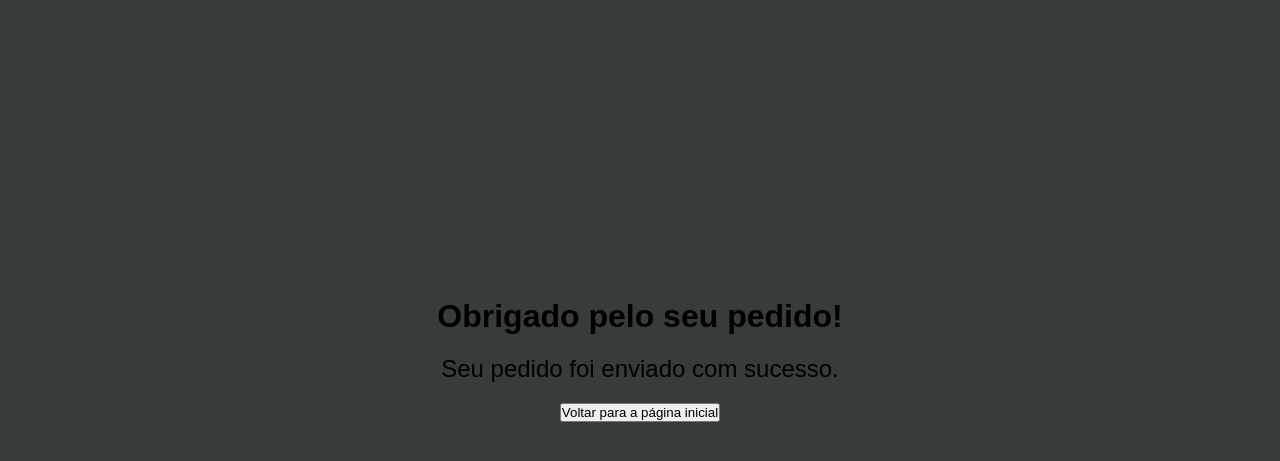
Repository: Marinalr-25/Projeto-Aparelhos-de-Academia
Page: thanks.html
An editor plug-in stored every save of this project. The page is shown before and after the next save, followed by the edit.
The browser window is 1280 px wide. The pictures show the whole page.

Above is the page before, as saved 2025-01-14 14:15:16.

After the next save:
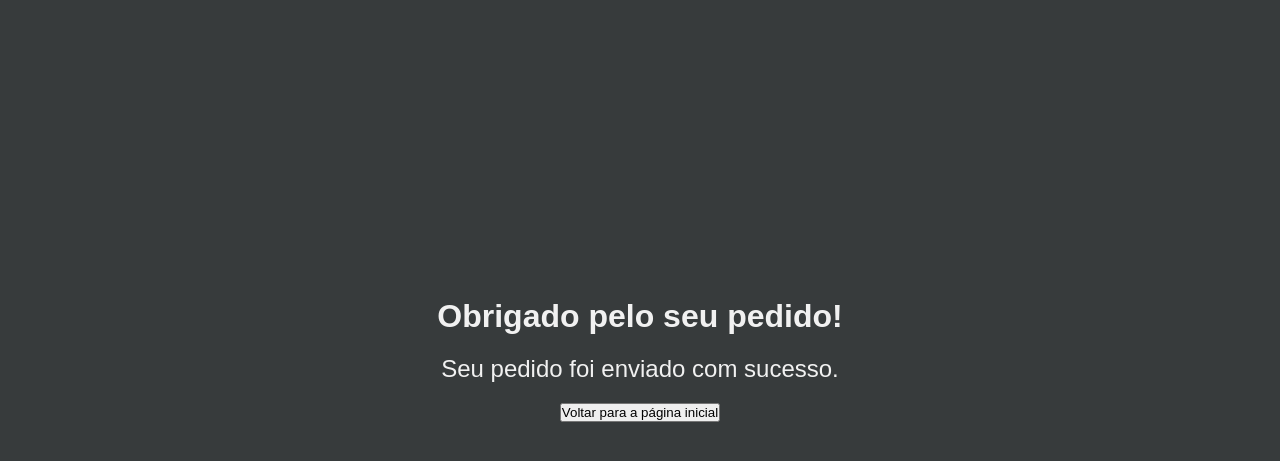
Saved 18 s later.
--- a/css/thanks.css
+++ b/css/thanks.css
@@ -11,7 +11,7 @@ html {
 body {
   font-family: 'Montserrat', sans-serif;
   background-color: #373b3c;
-  color: var(--cor-fundo);
+  color: #f1f1f1;
   display: flex;
   flex-direction: column;
   justify-content: center;
